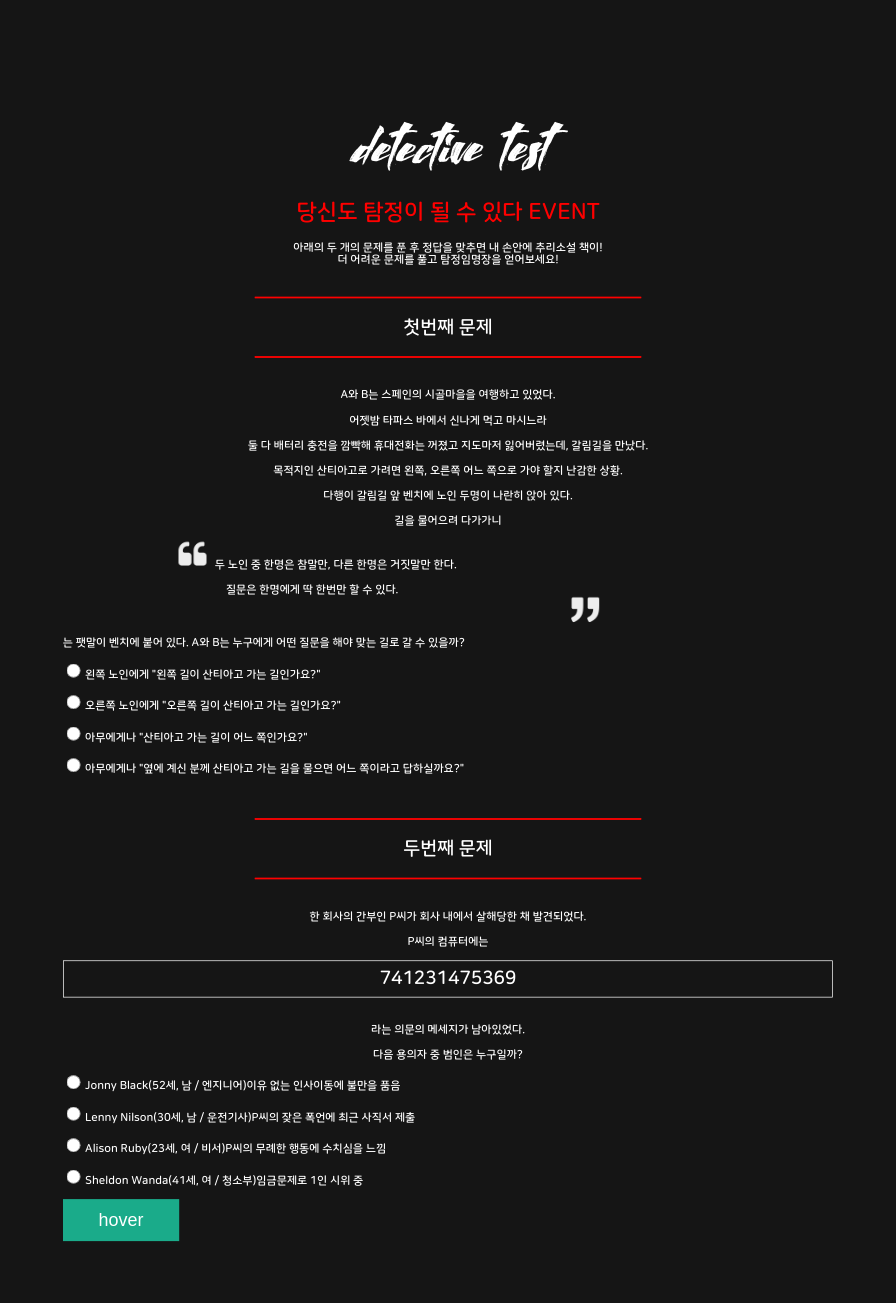
Repository: minkyung0421/Event_Project
Page: http://localhost/Event/quiz.jsp
The author's editor kept a copy of each file at every save. The page is drawn from the files as they stood at one save, then again after the next save.
The browser window is 1280 px wide. The pictures show the whole page, at 70% of full size.
The page is served by Tomcat 9.

Above is the page before, as saved 2018-09-04 07:39:38.

### Event_Project/Event/WebContent/quiz.jsp
<%@ page language="java" contentType="text/html; charset=UTF-8"
    pageEncoding="UTF-8"%>
<!DOCTYPE html PUBLIC "-//W3C//DTD HTML 4.01 Transitional//EN" "http://www.w3.org/TR/html4/loose.dtd">
<html>
<head>
<meta http-equiv="Content-Type" content="text/html; charset=UTF-8">
<title>EVENT</title>
<style>
@font-face{
	font-family: 'Calligraphy Personal Use'; src:url('font/Calligraphy Personal Use.ttf');
}
@font-face{font-family:'NANUMSQUAREROUNDL'; src:url('font/NANUMSQUAREROUNDL.TTF')}
@font-face{font-family:'NANUMSQUAREROUNDB'; src:url('font/NANUMSQUAREROUNDB.TTF')}

body{
	margin:7%;
	padding:0px;
	font-family:'NANUMSQUAREROUNDB';
	background-color: #151515;
	color: white;
}

body:before{
  content:'';
  height:100%;
  display:inline-block;
  vertical-align:middle;
}
button{
  background:#1AAB8A;
  color:#fff;
  border:none;
  position:relative;
  height:60px;
  font-size:1.6em;
  padding:0 2em;
  cursor:pointer;
  transition:800ms ease all;
  outline:none;
}
button:hover{
  background:#fff;
  color:#1AAB8A;
}
button:before,button:after{
  content:'';
  position:absolute;
  top:0;
  right:0;
  height:2px;
  width:0;
  background: #1AAB8A;
  transition:400ms ease all;
}
button:after{
  right:inherit;
  top:inherit;
  left:0;
  bottom:0;
}
button:hover:before,button:hover:after{
  width:100%;
  transition:800ms ease all;
}

</style>
</head>
<style>
</style>
<body>
<form action = "quiz_result.jsp" method="post">
<center><div style = "font-family: Calligraphy Personal Use; font-size: 90pt; margin-top:5%">detective test</div></center>

<center><h1 style = "color:red">당신도 탐정이 될 수 있다 EVENT</h1>
<div style = "color: white;">아래의 두 개의 문제를 푼 후 정답을 맞추면 내 손안에 추리소설 책이! <br>
더 어려운 문제를 풀고 탐정임명장을 얻어보세요!</div>
<br><br>
<hr color="red" style = "width: 50%">
<br>
<div style = "font-size: 20pt;">첫번째 문제</div>
<br>
<hr color="red" style = "width: 50%">
<br>
<br>
</center>
<center>
A와 B는 스페인의 시골마을을 여행하고 있었다. <br><br>
어젯밤 타파스 바에서 신나게 먹고 마시느라 <br><br> 둘 다 배터리 충전을 깜빡해
휴대전화는 꺼졌고 지도마저 잃어버렸는데, 갈림길을 만났다.<br><br>
목적지인 산티아고로 가려면 왼쪽, 오른쪽 어느 쪽으로 가야 할지 난감한 상황. <br><br>
다행이 갈림길 앞 벤치에 노인 두명이 나란히 앉아 있다. <br><br>길을 물어으려 다가가니<br><br> </center>
<div style = "margin-left:15%;"><img src ="img/quote-left.png" widt=40px height=40px>&nbsp;&nbsp;
두 노인 중 한명은 참말만, 다른 한명은 거짓말만 한다.<br><br>&nbsp;&nbsp;&nbsp;&nbsp;&nbsp;&nbsp;&nbsp;
&nbsp;&nbsp;&nbsp;&nbsp;&nbsp;&nbsp;&nbsp;&nbsp;&nbsp;질문은 한명에게 딱 한번만 할 수 있다.<br><img src ="img/right-quote-sign.png" widt=40px height=40px style = "margin-left:60%;"></div><br>
는 팻말이 벤치에 붙어 있다. A와 B는 누구에게 어떤 질문을 해야 맞는 길로 갈 수 있을까?<br><br>


	<label><input type = "radio" name = "quiz1" value = "1" style="width:20px;height:20px;"> 왼쪽 노인에게 "왼쪽 길이 산티아고 가는 길인가요?"</label><br><br>
	<label><input type = "radio" name = "quiz1" value = "2" style="width:20px;height:20px;"> 오른쪽 노인에게 "오른쪽 길이 산티아고 가는 길인가요?"</label><br><br>
	<label><input type = "radio" name = "quiz1" value = "3" style="width:20px;height:20px;"> 아무에게나 "산티아고 가는 길이 어느 쪽인가요?"</label><br><br>
	<label><input type = "radio" name = "quiz1" value = "4" style="width:20px;height:20px;"> 아무에게나 "옆에 계신 분께 산티아고 가는 길을 물으면 어느 쪽이라고 답하실까요?"</label><br><br>

<center>
<br><br>
<hr color="red" style = "width: 50%; ">
<br>
<div style = "font-size: 20pt;">두번째 문제</div>
<br>
<hr color="red" style = "width: 50%;">
<br>
<br>
한 회사의 간부인 P씨가 회사 내에서 살해당한 채 발견되었다.<br><br>
P씨의 컴퓨터에는<br><br>
 <div style="border:1px solid; padding:10px; font-size: 20pt"> 741231475369 </div><br><br>
 라는 의문의 메세지가 남아있었다.<br><br>
 다음 용의자 중 범인은 누구일까? <br><br>
 </center>
	<label><input type = "radio" name = "quiz2" value = "1" style="width:20px;height:20px;"> Jonny Black(52세, 남 / 엔지니어)이유 없는 인사이동에 불만을 품음</label><br><br>
	<label><input type = "radio" name = "quiz2" value = "2" style="width:20px;height:20px;"> Lenny Nilson(30세, 남 / 운전기사)P씨의 잦은 폭언에 최근 사직서 제출</label><br><br>
	<label><input type = "radio" name = "quiz2" value = "3" style="width:20px;height:20px;"> Alison Ruby(23세, 여 / 비서)P씨의 무례한 행동에 수치심을 느낌</label><br><br>
	<label><input type = "radio" name = "quiz2" value = "4" style="width:20px;height:20px;"> Sheldon Wanda(41세, 여 / 청소부)임금문제로 1인 시위 중</label><br><br>


	<button>hover</button>
</form>

</body>
</html>

After the next save:
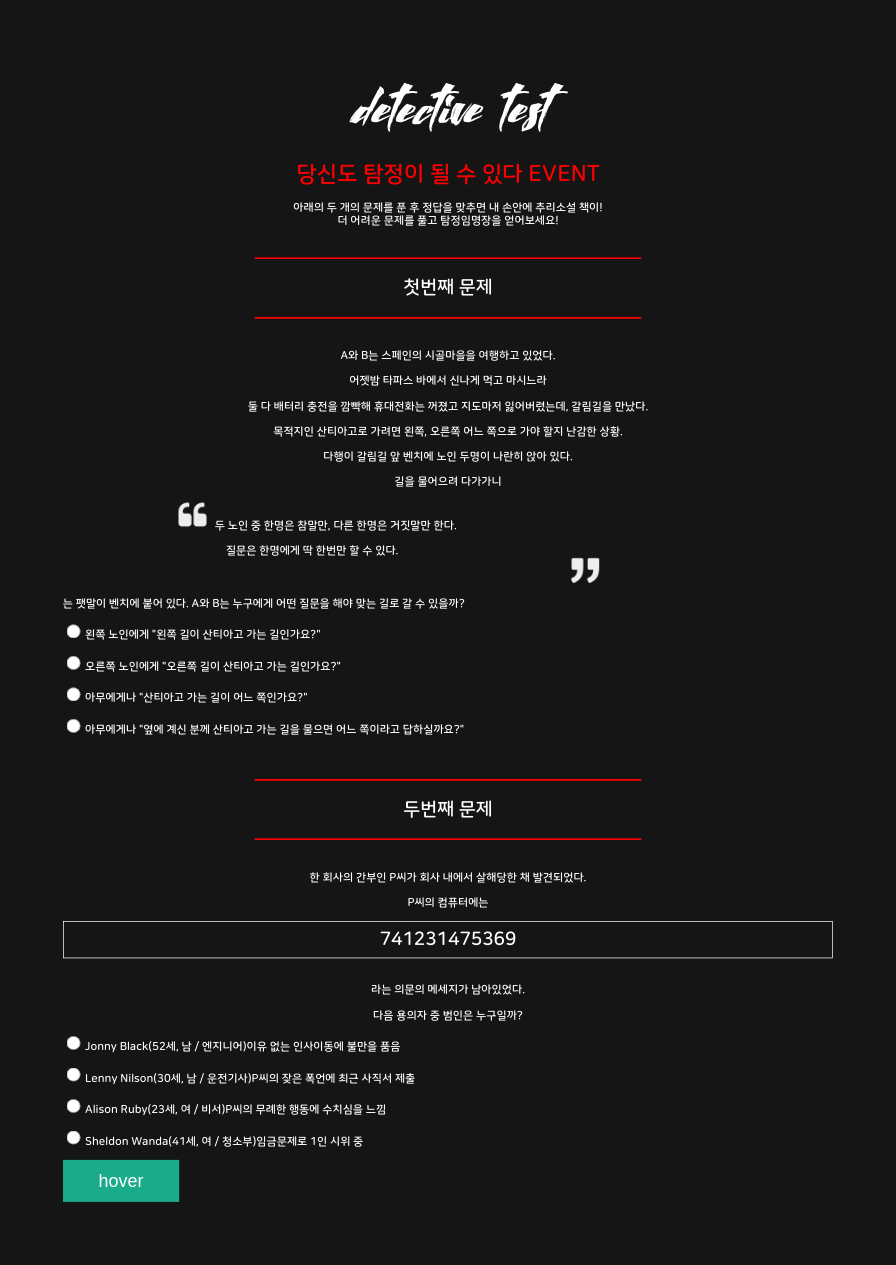
Saved 5 s later.
--- a/Event_Project/Event/WebContent/quiz.jsp
+++ b/Event_Project/Event/WebContent/quiz.jsp
@@ -20,12 +20,6 @@ body{
 	color: white;
 }
 
-body:before{
-  content:'';
-  height:100%;
-  display:inline-block;
-  vertical-align:middle;
-}
 button{
   background:#1AAB8A;
   color:#fff;
